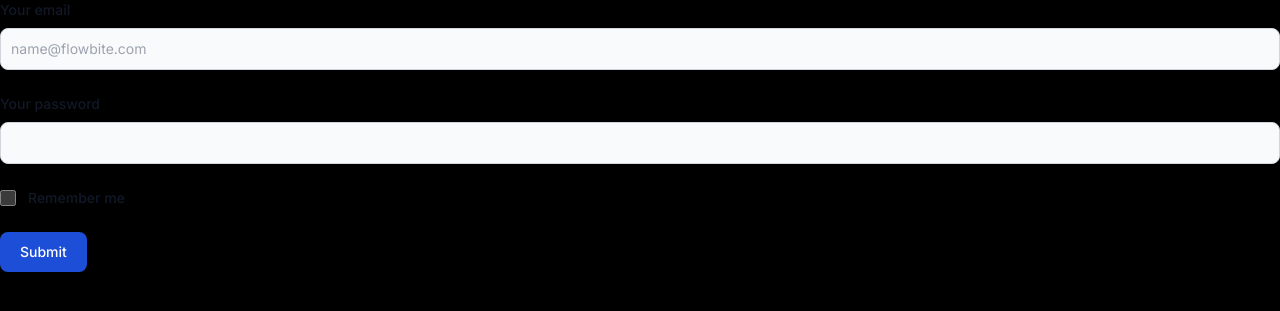
Repository: uh-sman/tasks
Page: /auth
The author's editor kept a copy of each file at every save. The page is drawn from the files as they stood at one save, then again after the next save.
The browser window is 1280 px wide. The pictures show the whole page.
The project was rebuilt for these pictures with package versions that can differ from the ones it lists, and the page was loaded fresh each time. The framework's server and built-in components were replaced by stand-ins that run in the browser. Also part of the build but not shown: next.config.js.

Above is the page before, as saved 2024-01-12 08:55:54.

After the next save:
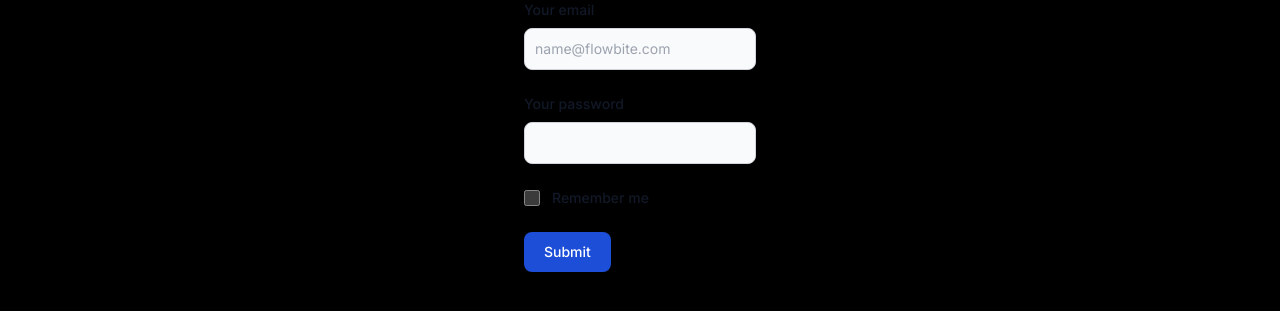
Saved 49 s later.
--- a/app/(components)/auth/page.tsx
+++ b/app/(components)/auth/page.tsx
@@ -1,30 +1,66 @@
-import React from 'react'
+import React from "react";
 
 const AuthForm = () => {
   return (
-    <div className=''>
-        <form>
-  <div className="mb-6">
-    <label htmlFor="email" className="block mb-2 text-sm font-medium text-gray-900 dark:text-gray-300">Your email</label>
-    <input type="email" id="email" className="bg-gray-50 border border-gray-300 text-gray-900 text-sm rounded-lg focus:ring-blue-500 focus:border-blue-500 block w-full p-2.5 dark:bg-gray-700 dark:border-gray-600 dark:placeholder-gray-400 dark:text-white dark:focus:ring-blue-500 dark:focus:border-blue-500" placeholder="name@flowbite.com" required/>
-  </div>
-  <div className="mb-6">
-    <label htmlFor="password" className="block mb-2 text-sm font-medium text-gray-900 dark:text-gray-300">Your password</label>
-    <input type="password" id="password" className="bg-gray-50 border border-gray-300 text-gray-900 text-sm rounded-lg focus:ring-blue-500 focus:border-blue-500 block w-full p-2.5 dark:bg-gray-700 dark:border-gray-600 dark:placeholder-gray-400 dark:text-white dark:focus:ring-blue-500 dark:focus:border-blue-500" required/>
-  </div>
-  <div className="flex items-start mb-6">
-    <div className="flex items-center h-5">
-      <input id="remember" aria-describedby="remember" type="checkbox" className="w-4 h-4 bg-gray-50 rounded border border-gray-300 focus:ring-3 focus:ring-blue-300 dark:bg-gray-700 dark:border-gray-600 dark:focus:ring-blue-600 dark:ring-offset-gray-800" required/>
+    <div className="flex justify-center items-center h-full">
+      <form>
+        <div className="mb-6">
+          <label
+            htmlFor="email"
+            className="block mb-2 text-sm font-medium text-gray-900 dark:text-gray-300"
+          >
+            Your email
+          </label>
+          <input
+            type="email"
+            id="email"
+            className="bg-gray-50 border border-gray-300 text-gray-900 text-sm rounded-lg focus:ring-blue-500 focus:border-blue-500 block w-full p-2.5 dark:bg-gray-700 dark:border-gray-600 dark:placeholder-gray-400 dark:text-white dark:focus:ring-blue-500 dark:focus:border-blue-500"
+            placeholder="name@flowbite.com"
+            required
+          />
+        </div>
+        <div className="mb-6">
+          <label
+            htmlFor="password"
+            className="block mb-2 text-sm font-medium text-gray-900 dark:text-gray-300"
+          >
+            Your password
+          </label>
+          <input
+            type="password"
+            id="password"
+            className="bg-gray-50 border border-gray-300 text-gray-900 text-sm rounded-lg focus:ring-blue-500 focus:border-blue-500 block w-full p-2.5 dark:bg-gray-700 dark:border-gray-600 dark:placeholder-gray-400 dark:text-white dark:focus:ring-blue-500 dark:focus:border-blue-500"
+            required
+          />
+        </div>
+        <div className="flex items-start mb-6">
+          <div className="flex items-center h-5">
+            <input
+              id="remember"
+              aria-describedby="remember"
+              type="checkbox"
+              className="w-4 h-4 bg-gray-50 rounded border border-gray-300 focus:ring-3 focus:ring-blue-300 dark:bg-gray-700 dark:border-gray-600 dark:focus:ring-blue-600 dark:ring-offset-gray-800"
+              required
+            />
+          </div>
+          <div className="ml-3 text-sm">
+            <label
+              htmlFor="remember"
+              className="font-medium text-gray-900 dark:text-gray-300"
+            >
+              Remember me
+            </label>
+          </div>
+        </div>
+        <button
+          type="submit"
+          className="text-white bg-blue-700 hover:bg-blue-800 focus:ring-4 focus:ring-blue-300 font-medium rounded-lg text-sm w-full sm:w-auto px-5 py-2.5 text-center dark:bg-blue-600 dark:hover:bg-blue-700 dark:focus:ring-blue-800"
+        >
+          Submit
+        </button>
+      </form>
     </div>
-    <div className="ml-3 text-sm">
-      <label htmlFor="remember" className="font-medium text-gray-900 dark:text-gray-300">Remember me</label>
-    </div>
-  </div>
-  <button type="submit" className="text-white bg-blue-700 hover:bg-blue-800 focus:ring-4 focus:ring-blue-300 font-medium rounded-lg text-sm w-full sm:w-auto px-5 py-2.5 text-center dark:bg-blue-600 dark:hover:bg-blue-700 dark:focus:ring-blue-800">Submit</button>
-</form>
+  );
+};
 
-    </div>
-  )
-}
-
-export default AuthForm
+export default AuthForm;
